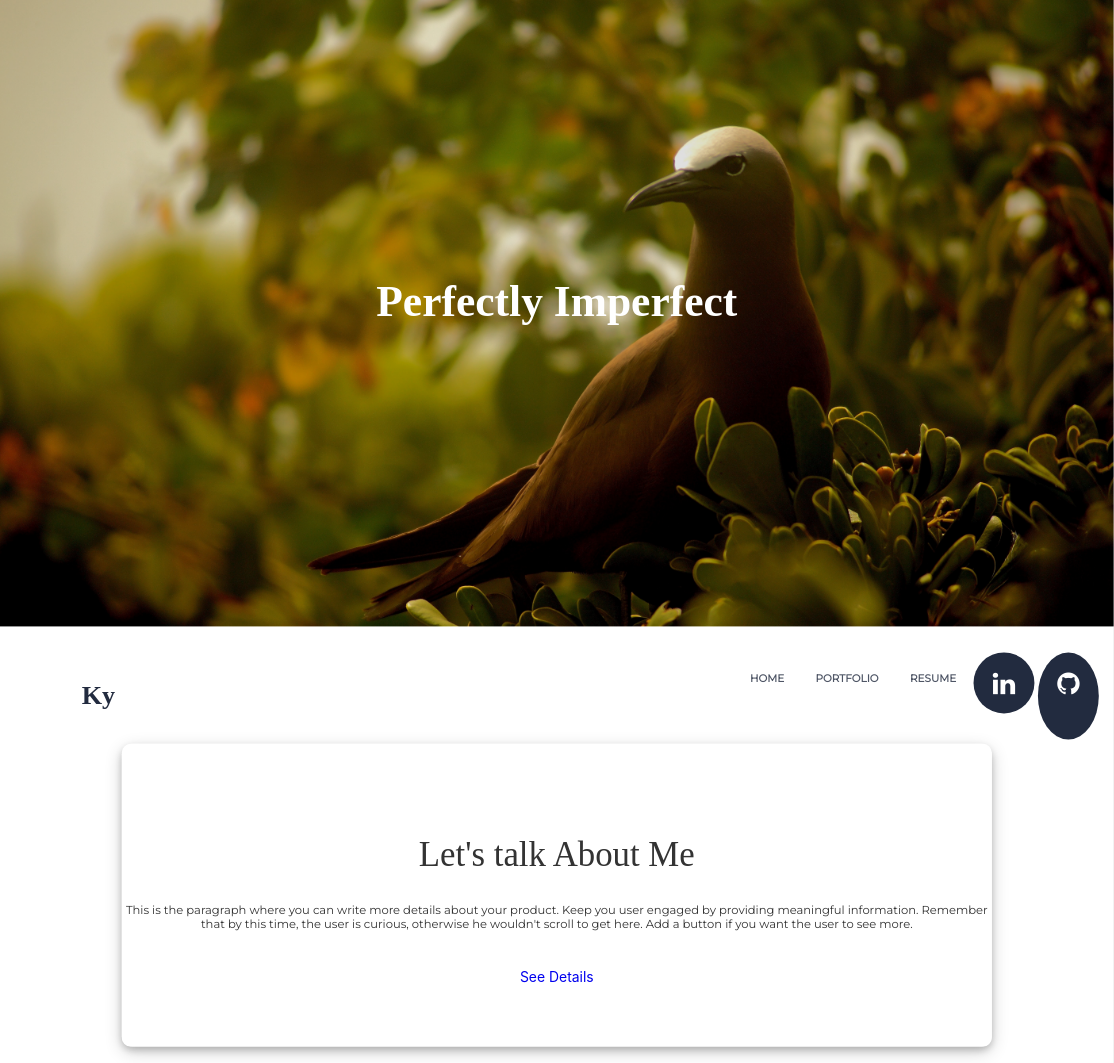
Repository: kkyler24/Perfectly-Imperfect
Page: / (app in imperfect/)
The author's editor kept a copy of each file at every save. The page is drawn from the files as they stood at one save, then again after the next save.
The browser window is 1280 px wide. The pictures show the whole page, at 87% of full size.
Backgrounds fixed to the window are drawn as part of the page. Some web fonts or font styles are not loaded; a fallback is used. The project was rebuilt for these pictures with package versions that can differ from the ones it lists, and the page was loaded fresh each time.

Above is the page before, as saved 2020-08-06 13:14:51.

### imperfect/public/index.html
<!DOCTYPE html>
<html lang="en">
  <head>
    <meta charset="utf-8" />
    <link rel="icon" href="%PUBLIC_URL%/favicon.ico" />
    <meta name="viewport" content="width=device-width, initial-scale=1" />
    <meta name="theme-color" content="#000000" />
    <meta
      name="description"
      content="Web site created using create-react-app"
    />
    <link
      rel="stylesheet"
      href="https://cdnjs.cloudflare.com/ajax/libs/font-awesome/4.7.0/css/font-awesome.min.css"
    />

    <link
      href="https://fonts.googleapis.com/css2?family=Montserrat&family=Petit+Formal+Script&display=swap"
      rel="stylesheet"
    />

    <title>React App</title>
  </head>
  <body>
    <noscript>You need to enable JavaScript to run this app.</noscript>
    <div id="root"></div>
  </body>
</html>

### imperfect/src/App.js
import React from "react";
import logo from "./logo.svg";
import "./App.css";
import Nav from "./Components/navbarComponent/navbar.js";
import PGHeader from "./Components/Headerindex/header.js";
import AboutMe from "./Components/aboutMeIndex/aboutme.js";

function App() {
  return (
    <div className="App">
      <PGHeader />
      {/* <Nav /> */}
      <AboutMe />
    </div>
  );
}

export default App;

### imperfect/src/App.css
body {
  color: #66615b;
  font-size: 16px;
  box-sizing: border-box;
  display: block;
}

### imperfect/src/Components/navbarComponent/navbar.js
import React from "react";
import "./navbar.css";

function NavBar() {
  return (
    <div>
      <nav
        color-on-scroll="300"
        class="fixed-bottom  navbar-transparent navbar navbar-expand-lg"
      >
        <div class="container-fluid">
          <div class="navbar-translate">
            <a
              id="Kytitle"
              data-placement="bottom"
              target="_blank"
              title="Coded by Creative Tim"
              class="navbar-brand"
              href="#/index"
            >
              Ky
            </a>
            <button aria-expanded="false" class="navbar-toggler navbar-toggler">
              <span class="navbar-toggler-bar bar1"></span>
              <span class="navbar-toggler-bar bar2"></span>
              <span class="navbar-toggler-bar bar3"></span>
            </button>
          </div>
          <div class="justify-content-end collapse navbar-collapse">
            <ul class="navbar-nav">
              <li class="nav-item">
                <a
                  data-placement="bottom"
                  href="https://www.linkedIn"
                  target="_blank"
                  title="Let's connect on LinkedIn"
                  class="nav-link"
                >
                  {/* <i class="fa fa-linkedIn"></i> */}
                </a>
              </li>

              <li class="nav-item">
                <a
                  data-placement="bottom"
                  href="#"
                  target="_blank"
                  title="Follow us on Twitter"
                >
                  {/* <i class="fa fa-twitter"></i> */}
                  <p class="d-lg-none"></p>
                </a>
                <li class="nav-item mr-2rem">
                  <a data-placement="bottom" href="#" target="_blank">
                    {/* <i class="fa fa-github"></i> */}
                    <p class="d-lg-none"></p>
                  </a>
                </li>
              </li>
              <li class="nav-item">
                <a class="nav-link" href="#/index">
                  <i class="nc-icon nc-layout-11"></i> Home
                </a>
              </li>
              <li class="nav-item">
                <a class="nav-link" href="#/index">
                  <i class="nc-icon nc-layout-11"></i> Portfolio
                </a>
              </li>
              <li class="nav-item">
                <a target="_blank" class="nav-link" href="#/documentation">
                  <i class="nc-icon nc-book-bookmark"></i> Resume
                </a>
              </li>
              <li class="nav-item">
                <a
                  href="https://www.linkedin.com/in/ky-kyler-a723b932/"
                  target="_blank"
                  class="fa fa-linkedin"
                ></a>
              </li>
              <li class="nav-item">
                <a
                  data-placement="bottom"
                  href="https://github.com/kkyler24"
                  target="_blank"
                  title="Star on GitHub"
                  class="fa fa-github"
                >
                  {/* <i class="fa fa-github"></i> */}
                  <p class="d-lg-none"></p>
                </a>
              </li>
            </ul>
          </div>
        </div>
      </nav>
    </div>
  );
}
export default NavBar;

### imperfect/src/Components/Headerindex/header.js
import React from "react";
import "./Indexheader.css";
import Navbar from "../navbarComponent/navbar.js";

function PageHeader(props) {
  return (
    <div>
      <div id="background" className="page-header" data-parallax="true">
        <div className="filter"></div>
        <div className="headerContainer">
          <div className="motto text-center">
            <h1 id="JumboHeaderTitle">Perfectly Imperfect</h1>
            <br />
          </div>
        </div>
      </div>
      <Navbar />
    </div>
  );
}
export default PageHeader;

### imperfect/src/Components/aboutMeIndex/aboutme.js
import React from "react";
import "./aboutme.css";

function Aboutme() {
  return (
    <div className=" card aboutMain">
      <div className="sectionAB text-center">
        <div className="ABccontainer">
          <div class="row">
            <div class="ml-auto mr-auto col-md-8">
              <h2 class="titleAB">Let's talk About Me</h2>
              <h5 class="descriptionAB">
                This is the paragraph where you can write more details about
                your product. Keep you user engaged by providing meaningful
                information. Remember that by this time, the user is curious,
                otherwise he wouldn't scroll to get here. Add a button if you
                want the user to see more.
              </h5>
              <br />
              <a href="#pablo" class="btn-round btn btn-info">
                See Details
              </a>
            </div>
          </div>
        </div>
      </div>
    </div>
  );
}
export default Aboutme;

### imperfect/src/Components/navbarComponent/navbar.css
/* navbar */
#Kytitle {
  font-family: "Petit Formal Script", cursive;
  font-size: 30px;
  color: #222b3f;
  border-bottom: solid 2px rgb(255, 255, 255);
  text-transform: capitalize;
}

.navbar.navbar-transparent {
  background: transparent !important;
  padding-top: 25px;
  box-shadow: none;
}

.navbar .navbar-brand {
  font-weight: 600;
  margin: 5px 0;
  padding: 20px 15px;
  font-size: 14px;
  text-transform: uppercase;
}

.navbar-nav {
  display: flex;
  flex-direction: column;
  padding-left: 0;
  margin-bottom: 0;
  list-style: none;
}
.navbar-brand {
  display: inline-block;
  padding-top: 0.3125rem;
  padding-bottom: 0.3125rem;
  margin-right: 1rem;
  font-size: 1.25rem;
  line-height: inherit;
  white-space: nowrap;
}

.navbar {
  border: 0;
  font-size: 14px;
  padding: 0;
  font-family: "Montserrat", "Helvetica", Arial, sans-serif;
  font-weight: 300;
  align-items: center;
  display: flex;
}
.navbar > .container-fluid {
  display: flex;
  flex-wrap: wrap;
  align-items: center;
  justify-content: space-between;
}

.nav-link {
  display: block;
}

.navbar-toggler {
  padding: 0.25rem 0.75rem;
  font-size: 1.25rem;
  line-height: 1;
  background-color: transparent;
  border: 1px solid transparent;
  border-radius: 0.25rem;
}
button {
  text-transform: none;
  overflow: hidden;
  -webkit-font-smoothing: antialiased;
  font-family: "Montserrat", "Helvetica", Arial, sans-serif;
  font-weight: 300;
  margin: 0;
  text-rendering: auto;
  /* color: -internal-light-dark(buttontext, rgb(170, 170, 170)); */
  letter-spacing: normal;
  word-spacing: normal;
  text-indent: 0px;
  text-shadow: none;
  display: inline-block;
  text-align: center;
  align-items: flex-start;
  font: 400 13.3333px Arial;
}
.navbar .navbar-toggler .navbar-toggler-bar {
  display: block;
  position: relative;
  width: 24px;
  height: 2px;
  border-radius: 1px;
  margin: 0 auto;
}

.navbar.navbar-transparent .navbar-toggler .navbar-toggler-bar {
  background: #222b3f !important;
}

.navbar-transparent .navbar-nav .nav-item .nav-link:not(.btn) {
  color: #222b3f;
  border-color: #222b3f;
}

.navbar .navbar-toggler .navbar-toggler-bar + .navbar-toggler-bar {
  margin-top: 4px;
}

.navbar .navbar-nav .nav-item .nav-link {
  line-height: 1.6;
  margin: 15px 3px;
  padding: 10px 15px;
  opacity: 0.8;
  font-size: 12px;
  text-transform: uppercase;
  font-weight: 600;
}

.navbar .navbar-nav .nav-item .nav-link p {
  margin: 0;
  text-transform: uppercase;
  font-weight: 600;
  font-size: 12px;
  line-height: 1.5em;
  padding: 15px 0;
  color: #222b3f;
}

button:not(:disabled) {
  cursor: pointer;
}

.container-fluid {
  width: 100%;
  padding-right: 15px;
  padding-left: 15px;
  margin-right: 0%;
  margin-left: 5%;
}

.fixed-top {
  position: fixed;
  right: 0;
  left: 0;
  z-index: 1030;
  /* not needed for fixed bottom */
  top: 0;
}

a {
  text-decoration: none;
  background-color: transparent;
}

.collapse:not(.show) {
  display: none;
}

.justify-content-end,
ul {
  justify-content: flex-end !important;
}

.navbar-collapse {
  flex-basis: 100%;
  flex-grow: 1;
  align-items: center;
}

ul {
  margin-top: 0;
}

.navbar .navbar-nav .nav-item .nav-link [class^="fa"] {
  font-size: 17px;
  position: relative;
  right: 5px;
  color: #222b3f;
}

.fa {
  padding: 20px;
  font-size: 30px;
  width: 30px;
  text-align: center;
  text-decoration: none;
  margin: 5px 2px;
  border-radius: 50%;
}

.fa:hover {
  opacity: 0.7;
}

.fa-linkedin {
  background: #222b3f;
  color: white;
}

.fa-github {
  background: #222b3f;
  color: white;
}

:before {
  box-sizing: border-box;
}

.navbar .navbar-collapse .nav-item .nav-link p {
  display: inline;
}

/* media Q navbar */
@media (min-width: 992px) {
  .navbar-expand-lg {
    flex-flow: row nowrap;
    justify-content: flex-start;
  }
  .navbar {
    justify-content: space-between;
  }
}
/* Li */
@media (min-width: 992px) {
  .navbar-expand-lg .navbar-nav {
    flex-direction: row;
  }
}
@media screen and (max-width: 991px) {
  .navbar-collapse ul {
    position: relative;
    z-index: 3;
    height: 95%;
  }
}

@media screen and (max-width: 991px) {
  .navbar-collapse .navbar-nav > .nav-item > .nav-link {
    color: #222b3f !important;
  }
}

@media screen and (max-width: 991px) {
  .navbar-collapse {
    position: fixed;
    display: block !important;
    top: 0;
    width: 230px;
    right: 0;
    z-index: 1032;
    visibility: visible;
    overflow-y: visible;
    border-top: none;
    text-align: left;
    padding-right: 0;
    padding-left: 40px;
    padding-top: 15px;
    transform: translateX(230px);
    transition: all 0.33s cubic-bezier(0.685, 0.0473, 0.346, 1);
  }
}

@media (max-width: 991.98px) {
  .navbar-expand-lg > .container-fluid {
    padding-right: 0;
    padding-left: 0;
  }
}

@media (min-width: 768px) {
  .container-fluid {
    max-width: 720px;
  }
}

@media (min-width: 992px) {
  .container-fluid {
    max-width: 100%;
  }
}

@media screen and (max-width: 991px) {
  .navbar-translate {
    width: 100%;
    position: relative;
    display: flex;
    justify-content: space-between !important;
    align-items: center;
    transform: translateX(0);
    transition: all 0.33s cubic-bezier(0.685, 0.0473, 0.346, 1);
  }
}

@media (min-width: 992px) {
  .navbar-expand-lg .navbar-toggler {
    display: none;
  }
}

@media screen and (max-width: 991px) {
  .navbar-collapse {
    height: 100% !important;
  }
}

@media (min-width: 992px) {
  .navbar-expand-lg .navbar-collapse {
    display: flex !important;
    flex-basis: auto;
  }
}
/*
@media (min-width: 576px) {
  .container-fluid {
    max-width: 540px;
  }
} */

@media (min-width: 992px) {
  .navbar-expand-lg > .container-fluid {
    flex-wrap: nowrap;
  }
}

### imperfect/src/Components/Headerindex/Indexheader.css
#background {
  background-image: url("../../Assets/imgs/brownnoodyGreatbirdisland.jpg");
  background-attachment: fixed;
  background-repeat: no-repeat;
  background-size: cover;
  height: 700px;
}

.page-header {
  background-position: 50%;
  background-size: cover;
  min-height: 100vh;
  max-height: 999px;
  overflow: hidden;
  position: relative;
  width: 100%;
  z-index: 1;
  display: flex;
  align-items: center;
  justify-content: center;
}

.page-header .filter:after {
  background-color: rgba(0, 0, 0, 0.125);
  content: "";
  display: block;
  height: 100%;
  left: 0;
  top: 0;
  position: absolute;
  width: 100%;
  z-index: 1;
}

.page-header .motto {
  z-index: 3;
  color: #fff;
  position: relative;
  width: max-content;
}

.headerContainer {
  font-family: "Petit Formal Script", cursive;
  display: inline-flex;
  width: 100%;
  /* font-weight: 200; */
  padding-right: 15px;
  padding-left: 15px;
  margin-right: auto;
  margin-left: auto;
  font-size: 50px;
  justify-content: center;
}

.text-center {
  text-align: center !important;
}
div {
  display: block;
}

h1 {
  display: block;
  font-size: 2em;
  margin-block-start: 0.67em;
  margin-block-end: 0.67em;
  margin-inline-start: 0px;
  margin-inline-end: 0px;
  font-weight: bold;
}
@media (max-width: 450px) and (min-width: 280px) {
  #JumboHeaderTitle {
    width: 300px;
    margin: auto;
    font-size: 20px;
    text-align: center;
  }
  #background {
    width: 450px !important;
  }
}
/*
@media (max-width: 570px) and (min-width: 280px) {
  #JumboHeaderTitle {
    width: 400px;
    margin: auto;
    font-size: 20px;
    text-align: center;
  }
} */

/* media Q */
@media (min-width: 992px) {
  .headerContainer {
    max-width: 960px;
  }
}

@media (min-width: 768px) {
  .headerContainer {
    max-width: 720px;
  }
}

@media (min-width: 576px) {
  .headerContainer {
    max-width: 540px;
    font-size: 25px;
  }
}

@media (max-width: 576px) {
  .headerContainer {
    display: flex;
    flex-wrap: wrap;
    max-width: 540px !important;
    font-size: 20px;
    text-align: center;
  }
}

### imperfect/src/Components/aboutMeIndex/aboutme.css
.aboutMain .section:first-of-type {
  position: relative;
  z-index: 3;
  position: relative;
  background: #ffffff;
  margin: -60px 30px 0px;
  box-shadow: 0 16px 24px 2px rgba(0, 0, 0, 0.14),
    0 6px 30px 5px rgba(0, 0, 0, 0.12), 0 8px 10px -5px rgba(0, 0, 0, 0.2);
  border-radius: 6px;
  padding: 70px 0;
}

.card,
.aboutMain {
  width: 700px;
  border-radius: 12px;
  box-shadow: 0 4px 8px 0 rgba(0, 0, 0, 0.2), 0 6px 20px 0 rgba(0, 0, 0, 0.19);
  text-align: center;
  background-color: #fff;
  color: #333;
  margin-bottom: 20px;
  position: relative;
  z-index: 3;
  border: 0;
  transition: transform 0.3s cubic-bezier(0.34, 2, 0.6, 1), box-shadow 0.2s ease;
  display: flex;
  flex-direction: column;
  min-width: 0;
  background-clip: border-box;
  /* border: 1px solid rgba(0, 0, 0, 0.25); */
  /* border-radius: 20px; */
  margin-left: auto;
  margin-right: auto;
}

.sectionAB {
  padding: 70px 0;
  background-color: #fff;
  border-radius: 10px;
}

.text-center {
  text-align: center !important;
}

.titleAB {
  font-family: "Petit Formal Script", cursive;
  font-weight: lighter;
  font-size: 40px;
}

.descriptionAB {
  font-family: "Montserrat", sans-serif;
  font-weight: lighter;
}

.ABcontainer {
  width: 100%;
  margin-right: auto;
  margin-left: auto;
}

row {
  display: flex;
  flex-wrap: wrap;
  margin-right: -15px;
  margin-left: -15px;
}

@media (min-width: 768px) {
  .ABcontainer {
    max-width: 720px;
  }
}

@media (max-width: 992px) {
  .sectionAB {
    max-width: 700px;
  }
}

@media (min-width: 992px) {
  .sectionAB,
  .aboutMain {
    width: 1000px;
  }
}

Loaded but not shown: imperfect/src/index.js (common file); imperfect/src/index.css (common file); imperfect/src/serviceWorker.js (common file)

After the next save:
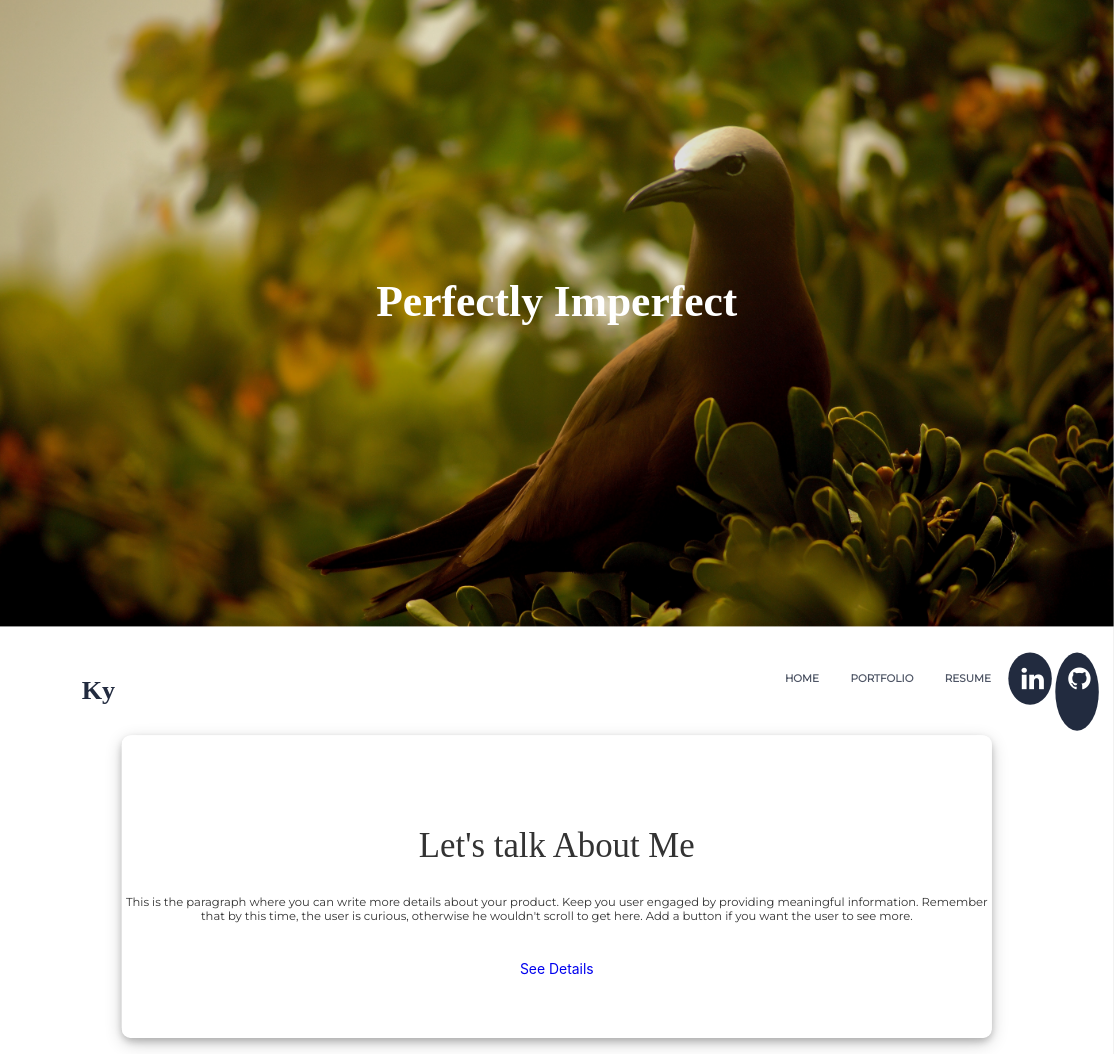
Saved 22 s later.
--- a/imperfect/src/Components/navbarComponent/navbar.css
+++ b/imperfect/src/Components/navbarComponent/navbar.css
@@ -179,9 +179,9 @@ ul {
 }
 
 .fa {
-  padding: 20px;
+  padding: 15px;
   font-size: 30px;
-  width: 30px;
+  width: 20px;
   text-align: center;
   text-decoration: none;
   margin: 5px 2px;
